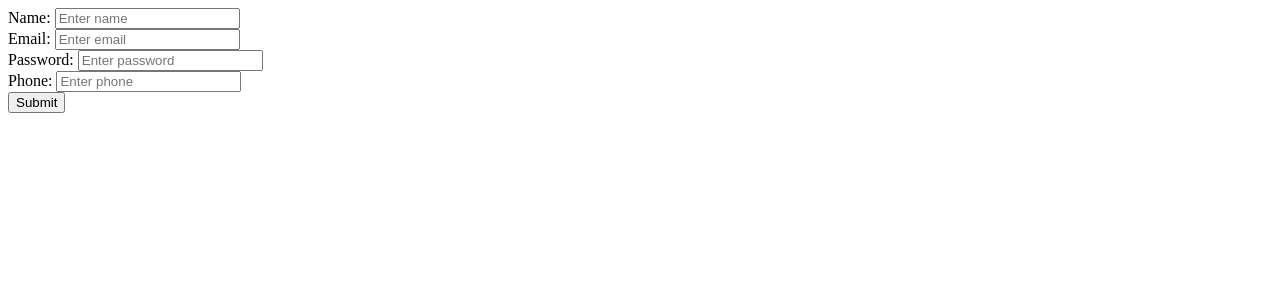
Repository: jaypatil2003dev/SpringBoot
Page: http://localhost/SB-01-MVC-Project/register.jsp
The author's editor kept a copy of each file at every save. The page is drawn from the files as they stood at one save, then again after the next save.
The browser window is 1280 px wide. The pictures show the whole page.
The page is served by Tomcat 9.

Above is the page before, as saved 2025-12-09 11:39:47.

After the next save:
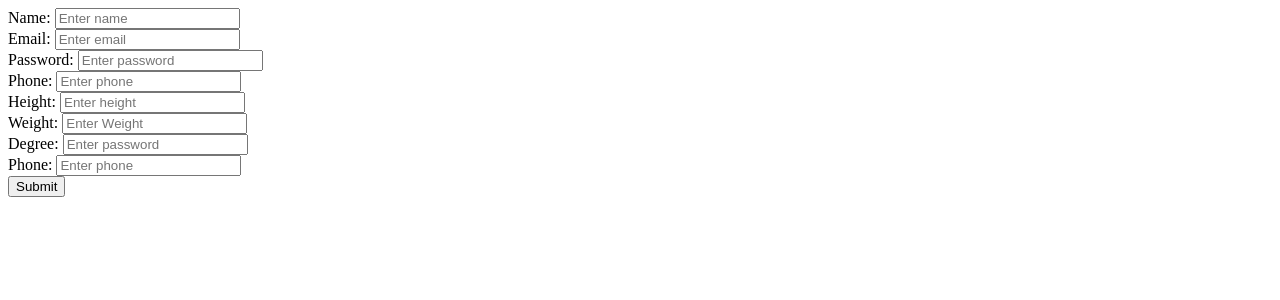
Saved 3 min 21 s later.
--- a/SB-01-MVC-Project/src/main/webapp/register.jsp
+++ b/SB-01-MVC-Project/src/main/webapp/register.jsp
@@ -21,6 +21,18 @@
         <label>Phone:</label>
        <input type="number" name="phone" placeholder="Enter phone" required> <br>
 
+       <label>Height:</label>
+       <input type="number" name="height" placeholder="Enter height" required> <br>
+
+        <label>Weight:</label>
+       <input type="text" name="weight" placeholder="Enter Weight" required> <br>
+
+        <label>Degree:</label>
+       <input type="password" name="password" placeholder="Enter password" required> <br>
+
+        <label>Phone:</label>
+       <input type="number" name="phone" placeholder="Enter phone" required> <br>
+
          <button type="submit">Submit</button>
 
      </form>
